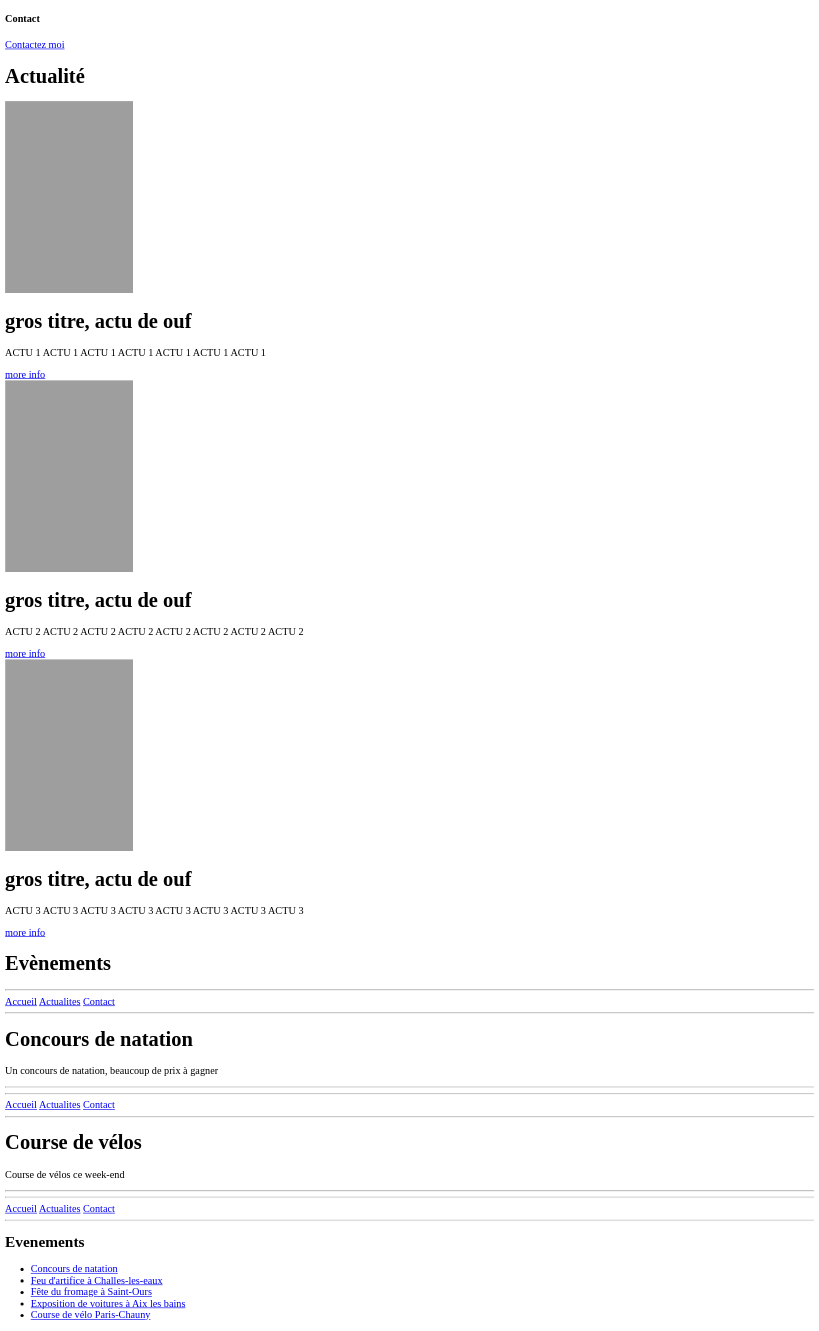
Repository: Mini-T/git-course
Page: index.html
These files come from the project's save history. The page is drawn as it stood at one moment and after the next save; the edit follows.
The browser window is 1280 px wide. The pictures show the whole page, at 64% of full size.
Pictures or frames that could not be fetched are drawn as grey boxes.

Above is the page before, as saved 2022-09-26 15:56:42.

### index.html
<!DOCTYPE html>
<html>
    <head>
        <title>Accueil</title>
    </head>
    <body>
        <h4>Contact</h4>
        <a href="contact.html">Contactez moi</a>
        <div>
            <h1>Actualité</h1>
            <div>
                <img src="https://picsum.photos/200/300?random=1" />
                <div>
                  <h1>gros titre, actu de ouf</h1>
                  <p>ACTU 1 ACTU 1 ACTU 1 ACTU 1 ACTU 1 ACTU 1 ACTU 1</p>
                  <a href="./single-actualite_1.html">more info</a>
                </div>
              </div>
              <div>
                <img src="https://picsum.photos/200/300?random=2" alt="actu" />
                <div>
                  <h1>gros titre, actu de ouf</h1>
                  <p>ACTU 2 ACTU 2 ACTU 2 ACTU 2 ACTU 2 ACTU 2 ACTU 2 ACTU 2</p>
                  <a href="./single-actualite_2.html">more info</a>
                </div>
              </div>
              <div>
                <img src="https://picsum.photos/200/300?random=3" alt="actu" />
                <div>
                  <h1>gros titre, actu de ouf</h1>
                  <p>ACTU 3 ACTU 3 ACTU 3 ACTU 3 ACTU 3 ACTU 3 ACTU 3 ACTU 3</p>
                  <a href="./single-actualite_3.html">more info</a>
                </div>
              </div>
        </div>
        <div>
            <h1>Evènements</h1>
            <div>
                <hr>
                <a href="../index.html">Accueil</a>
                <a href="../actualites/actualite.html">Actualites</a>
                <a href="../contact.html">Contact</a>
                <hr>
            </div>
            <h1>Concours de natation</h1>
            <p>Un concours de natation, beaucoup de prix à gagner</p>
            <hr>
            <div>
                <hr>
                <a href="../index.html">Accueil</a>
                <a href="../actualites/actualite.html">Actualites</a>
                <a href="../contact.html">Contact</a>
                <hr>
            </div>
            <h1>Course de vélos</h1>
            <p>Course de vélos ce week-end</p>
            <hr>
            <div>
                <hr>
                <a href="../index.html">Accueil</a>
                <a href="../actualites/actualite.html">Actualites</a>
                <a href="../contact.html">Contact</a>
                <hr>
            </div>
            <div>
                <h2>Evenements</h2>

                <ul>
                    <li><a href="concours.html">Concours de natation </a></li>
                    <li><a href="feu.html">Feu d'artifice à Challes-les-eaux</a></li>
                    <li><a href="fromage.html">Fête du fromage à Saint-Ours</a></li>
                    <li><a href="exposition_voiture.html">Exposition de voitures à Aix les bains</a></li>
                    <li><a href="course_velo.html">Course de vélo Paris-Chauny</a></li>

                </ul>
            </div>

        </div>
    </body>
</html>

After the next save:
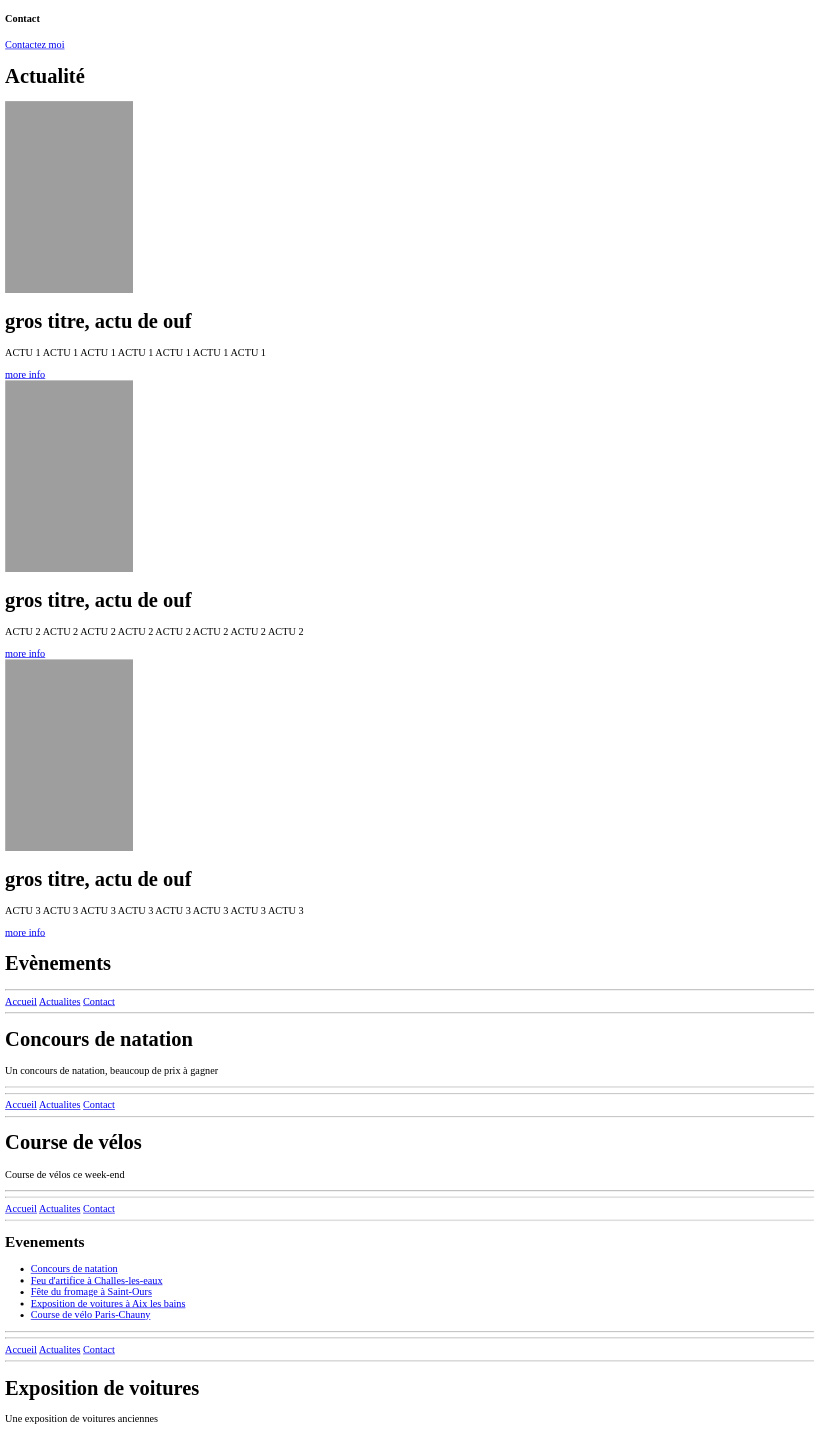
Saved 51 s later.
--- a/index.html
+++ b/index.html
@@ -74,7 +74,16 @@
 
                 </ul>
             </div>
-
+            <hr>
+            <div>
+                <hr>
+                <a href="../index.html">Accueil</a>
+                <a href="../actualites/actualite.html">Actualites</a>
+                <a href="../contact.html">Contact</a>
+                <hr>
+            </div>
+            <h1>Exposition de voitures</h1>
+            <p>Une exposition de voitures anciennes</p>
         </div>
     </body>
 </html>
